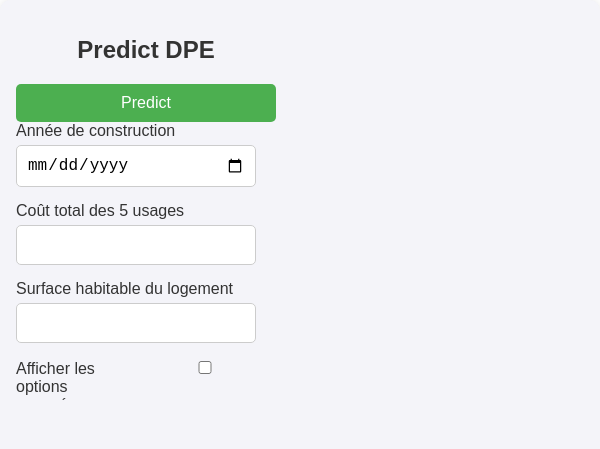
Repository: abdouAppcraft/Predict-DPE
Page: /
An editor plug-in stored every save of this project. The page is shown before and after the next save, followed by the edit.
The browser window is 600 px wide. The pictures show the whole page.
The page's requests for data from a server got no answer. An inner scrolling area shows only its first screen. The project was rebuilt for these pictures with package versions that can differ from the ones it lists, and the page was loaded fresh each time. No one was signed in, and anything a server would have sent is missing. Also part of the build but not shown: src/screens/Result/Result.css, src/screens/Result/ResultDPE.tsx, src/screens/Result/ResultGES.tsx.

Above is the page before, as saved 2024-06-12 11:47:16.

After the next save:
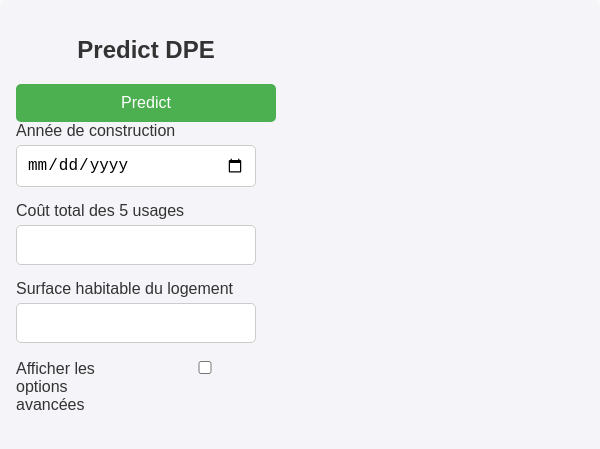
Saved 24 s later.
--- a/src/screens/PredictForm/PredictForm.css
+++ b/src/screens/PredictForm/PredictForm.css
@@ -9,9 +9,12 @@
     height: 100vh;
     text-overflow: ellipsis;
     overflow:hidden;
+    @media (max-width:600px) {
 
-    grid-template-rows: 50% 50%;
-    @media (max-width:600px) {
+    }{grid-template-rows: 50% 50%;}
+
+    @media (min-width:600px) {
+
         grid-template-columns: repeat(2, 1fr);
     }
 
